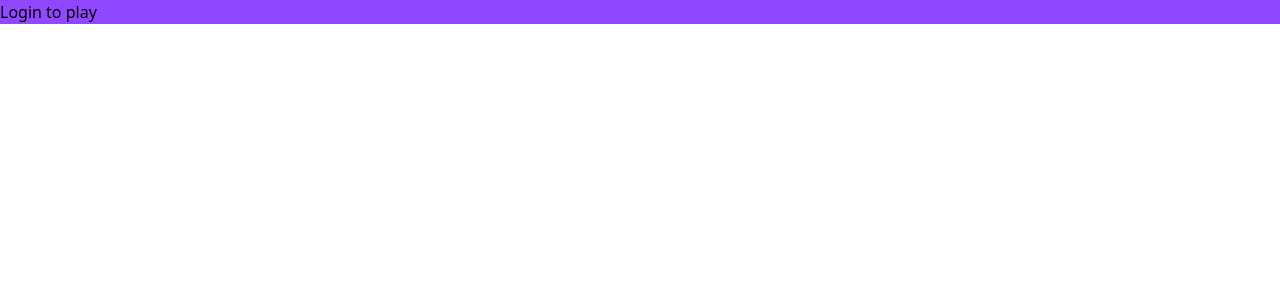
Repository: Teddy1705/demo_pj
Page: /
The author's editor kept a copy of each file at every save. The page is drawn from the files as they stood at one save, then again after the next save.
The browser window is 1280 px wide. The pictures show the whole page.
The project was rebuilt for these pictures with package versions that can differ from the ones it lists, and the page was loaded fresh each time. Also part of the build but not shown: vite.config.js.

Above is the page before, as saved 2024-04-27 00:17:50.

### index.html
<!DOCTYPE html>
<html lang="en">
  <head>
    <meta charset="UTF-8" />
    <link rel="icon" type="image/svg+xml" href="/vite.svg" />
    <meta name="viewport" content="width=device-width, initial-scale=1.0" />
    <title>Tic Tac Toe</title>
    <link rel="stylesheet" href="./src/index.css" />
    <link
      rel="stylesheet"
      href="./src/assets/themify-icons/themify-icons.css"
    />
  </head>
  <body>
    <div id="root"></div>
    <script type="module" src="/src/main.jsx"></script>
  </body>
</html>

### src/index.css
:root {
  --white-color: #fff;
  --black-color: #000;
}

/*
1. Prevent padding and border from affecting element width. (https://github.com/mozdevs/cssremedy/issues/4)
2. Allow adding a border to an element by just adding a border-width. (https://github.com/tailwindcss/tailwindcss/pull/116)
*/

*,
::before,
::after {
  box-sizing: border-box;
  /* 1 */
  border-width: 0;
  /* 2 */
  border-style: solid;
  /* 2 */
  border-color: #e5e7eb;
  /* 2 */
}

::before,
::after {
  --tw-content: "";
}

/*
1. Use a consistent sensible line-height in all browsers.
2. Prevent adjustments of font size after orientation changes in iOS.
3. Use a more readable tab size.
4. Use the user's configured `sans` font-family by default.
5. Use the user's configured `sans` font-feature-settings by default.
6. Use the user's configured `sans` font-variation-settings by default.
7. Disable tap highlights on iOS
*/

html,
:host {
  line-height: 1.5;
  /* 1 */
  -webkit-text-size-adjust: 100%;
  /* 2 */
  -moz-tab-size: 4;
  /* 3 */
  -o-tab-size: 4;
  tab-size: 4;
  /* 3 */
  font-family: ui-sans-serif, system-ui, sans-serif, "Apple Color Emoji",
    "Segoe UI Emoji", "Segoe UI Symbol", "Noto Color Emoji";
  /* 4 */
  font-feature-settings: normal;
  /* 5 */
  font-variation-settings: normal;
  /* 6 */
  -webkit-tap-highlight-color: transparent;
  /* 7 */
}

/*
1. Remove the margin in all browsers.
2. Inherit line-height from `html` so users can set them as a class directly on the `html` element.
*/

body {
  margin: 0;
  /* 1 */
  line-height: inherit;
  /* 2 */
}

/*
1. Add the correct height in Firefox.
2. Correct the inheritance of border color in Firefox. (https://bugzilla.mozilla.org/show_bug.cgi?id=190655)
3. Ensure horizontal rules are visible by default.
*/

hr {
  height: 0;
  /* 1 */
  color: inherit;
  /* 2 */
  border-top-width: 1px;
  /* 3 */
}

/*
Add the correct text decoration in Chrome, Edge, and Safari.
*/

abbr:where([title]) {
  -webkit-text-decoration: underline dotted;
  text-decoration: underline dotted;
}

/*
Remove the default font size and weight for headings.
*/

h1,
h2,
h3,
h4,
h5,
h6 {
  font-size: inherit;
  font-weight: inherit;
}

/*
Reset links to optimize for opt-in styling instead of opt-out.
*/

a {
  color: inherit;
  text-decoration: inherit;
}

/*
Add the correct font weight in Edge and Safari.
*/

b,
strong {
  font-weight: bolder;
}

/*
1. Use the user's configured `mono` font-family by default.
2. Use the user's configured `mono` font-feature-settings by default.
3. Use the user's configured `mono` font-variation-settings by default.
4. Correct the odd `em` font sizing in all browsers.
*/

code,
kbd,
samp,
pre {
  font-family: ui-monospace, SFMono-Regular, Menlo, Monaco, Consolas,
    "Liberation Mono", "Courier New", monospace;
  /* 1 */
  font-feature-settings: normal;
  /* 2 */
  font-variation-settings: normal;
  /* 3 */
  font-size: 1em;
  /* 4 */
}

/*
Add the correct font size in all browsers.
*/

small {
  font-size: 80%;
}

/*
Prevent `sub` and `sup` elements from affecting the line height in all browsers.
*/

sub,
sup {
  font-size: 75%;
  line-height: 0;
  position: relative;
  vertical-align: baseline;
}

sub {
  bottom: -0.25em;
}

sup {
  top: -0.5em;
}

/*
1. Remove text indentation from table contents in Chrome and Safari. (https://bugs.chromium.org/p/chromium/issues/detail?id=999088, https://bugs.webkit.org/show_bug.cgi?id=201297)
2. Correct table border color inheritance in all Chrome and Safari. (https://bugs.chromium.org/p/chromium/issues/detail?id=935729, https://bugs.webkit.org/show_bug.cgi?id=195016)
3. Remove gaps between table borders by default.
*/

table {
  text-indent: 0;
  /* 1 */
  border-color: inherit;
  /* 2 */
  border-collapse: collapse;
  /* 3 */
}

/*
1. Change the font styles in all browsers.
2. Remove the margin in Firefox and Safari.
3. Remove default padding in all browsers.
*/

button,
input,
optgroup,
select,
textarea {
  font-family: inherit;
  /* 1 */
  font-feature-settings: inherit;
  /* 1 */
  font-variation-settings: inherit;
  /* 1 */
  font-size: 100%;
  /* 1 */
  font-weight: inherit;
  /* 1 */
  line-height: inherit;
  /* 1 */
  letter-spacing: inherit;
  /* 1 */
  color: inherit;
  /* 1 */
  margin: 0;
  /* 2 */
  padding: 0;
  /* 3 */
}

/*
Remove the inheritance of text transform in Edge and Firefox.
*/

button,
select {
  text-transform: none;
}

/*
1. Correct the inability to style clickable types in iOS and Safari.
2. Remove default button styles.
*/

button,
input:where([type="button"]),
input:where([type="reset"]),
input:where([type="submit"]) {
  -webkit-appearance: button;
  /* 1 */
  background-color: transparent;
  /* 2 */
  background-image: none;
  /* 2 */
}

/*
Use the modern Firefox focus style for all focusable elements.
*/

:-moz-focusring {
  outline: auto;
}

/*
Remove the additional `:invalid` styles in Firefox. (https://github.com/mozilla/gecko-dev/blob/2f9eacd9d3d995c937b4251a5557d95d494c9be1/layout/style/res/forms.css#L728-L737)
*/

:-moz-ui-invalid {
  box-shadow: none;
}

/*
Add the correct vertical alignment in Chrome and Firefox.
*/

progress {
  vertical-align: baseline;
}

/*
Correct the cursor style of increment and decrement buttons in Safari.
*/

::-webkit-inner-spin-button,
::-webkit-outer-spin-button {
  height: auto;
}

/*
1. Correct the odd appearance in Chrome and Safari.
2. Correct the outline style in Safari.
*/

[type="search"] {
  -webkit-appearance: textfield;
  /* 1 */
  outline-offset: -2px;
  /* 2 */
}

/*
Remove the inner padding in Chrome and Safari on macOS.
*/

::-webkit-search-decoration {
  -webkit-appearance: none;
}

/*
1. Correct the inability to style clickable types in iOS and Safari.
2. Change font properties to `inherit` in Safari.
*/

::-webkit-file-upload-button {
  -webkit-appearance: button;
  /* 1 */
  font: inherit;
  /* 2 */
}

/*
Add the correct display in Chrome and Safari.
*/

summary {
  display: list-item;
}

/*
Removes the default spacing and border for appropriate elements.
*/

blockquote,
dl,
dd,
h1,
h2,
h3,
h4,
h5,
h6,
hr,
figure,
p,
pre {
  margin: 0;
}

fieldset {
  margin: 0;
  padding: 0;
}

legend {
  padding: 0;
}

ol,
ul,
menu {
  list-style: none;
  margin: 0;
  padding: 0;
}

/*
Reset default styling for dialogs.
*/

dialog {
  padding: 0;
}

/*
Prevent resizing textareas horizontally by default.
*/

textarea {
  resize: vertical;
}

/*
1. Reset the default placeholder opacity in Firefox. (https://github.com/tailwindlabs/tailwindcss/issues/3300)
2. Set the default placeholder color to the user's configured gray 400 color.
*/

input::-moz-placeholder,
textarea::-moz-placeholder {
  opacity: 1;
  /* 1 */
  color: #9ca3af;
  /* 2 */
}

input::placeholder,
textarea::placeholder {
  opacity: 1;
  /* 1 */
  color: #9ca3af;
  /* 2 */
}

/*
Set the default cursor for buttons.
*/

button,
[role="button"] {
  cursor: pointer;
}

/*
Make sure disabled buttons don't get the pointer cursor.
*/

:disabled {
  cursor: default;
}

/*
1. Make replaced elements `display: block` by default. (https://github.com/mozdevs/cssremedy/issues/14)
2. Add `vertical-align: middle` to align replaced elements more sensibly by default. (https://github.com/jensimmons/cssremedy/issues/14#issuecomment-634934210)
   This can trigger a poorly considered lint error in some tools but is included by design.
*/

img,
svg,
video,
canvas,
audio,
iframe,
embed,
object {
  display: block;
  /* 1 */
  vertical-align: middle;
  /* 2 */
}

/*
Constrain images and videos to the parent width and preserve their intrinsic aspect ratio. (https://github.com/mozdevs/cssremedy/issues/14)
*/

img,
video {
  max-width: 100%;
  height: auto;
}

/* Make elements with the HTML hidden attribute stay hidden by default */

[hidden] {
  display: none;
}

*,
::before,
::after {
  --tw-border-spacing-x: 0;
  --tw-border-spacing-y: 0;
  --tw-translate-x: 0;
  --tw-translate-y: 0;
  --tw-rotate: 0;
  --tw-skew-x: 0;
  --tw-skew-y: 0;
  --tw-scale-x: 1;
  --tw-scale-y: 1;
  --tw-pan-x: ;
  --tw-pan-y: ;
  --tw-pinch-zoom: ;
  --tw-scroll-snap-strictness: proximity;
  --tw-gradient-from-position: ;
  --tw-gradient-via-position: ;
  --tw-gradient-to-position: ;
  --tw-ordinal: ;
  --tw-slashed-zero: ;
  --tw-numeric-figure: ;
  --tw-numeric-spacing: ;
  --tw-numeric-fraction: ;
  --tw-ring-inset: ;
  --tw-ring-offset-width: 0px;
  --tw-ring-offset-color: #fff;
  --tw-ring-color: rgb(59 130 246 / 0.5);
  --tw-ring-offset-shadow: 0 0 #0000;
  --tw-ring-shadow: 0 0 #0000;
  --tw-shadow: 0 0 #0000;
  --tw-shadow-colored: 0 0 #0000;
  --tw-blur: ;
  --tw-brightness: ;
  --tw-contrast: ;
  --tw-grayscale: ;
  --tw-hue-rotate: ;
  --tw-invert: ;
  --tw-saturate: ;
  --tw-sepia: ;
  --tw-drop-shadow: ;
  --tw-backdrop-blur: ;
  --tw-backdrop-brightness: ;
  --tw-backdrop-contrast: ;
  --tw-backdrop-grayscale: ;
  --tw-backdrop-hue-rotate: ;
  --tw-backdrop-invert: ;
  --tw-backdrop-opacity: ;
  --tw-backdrop-saturate: ;
  --tw-backdrop-sepia: ;
  --tw-contain-size: ;
  --tw-contain-layout: ;
  --tw-contain-paint: ;
  --tw-contain-style: ;
}

::backdrop {
  --tw-border-spacing-x: 0;
  --tw-border-spacing-y: 0;
  --tw-translate-x: 0;
  --tw-translate-y: 0;
  --tw-rotate: 0;
  --tw-skew-x: 0;
  --tw-skew-y: 0;
  --tw-scale-x: 1;
  --tw-scale-y: 1;
  --tw-pan-x: ;
  --tw-pan-y: ;
  --tw-pinch-zoom: ;
  --tw-scroll-snap-strictness: proximity;
  --tw-gradient-from-position: ;
  --tw-gradient-via-position: ;
  --tw-gradient-to-position: ;
  --tw-ordinal: ;
  --tw-slashed-zero: ;
  --tw-numeric-figure: ;
  --tw-numeric-spacing: ;
  --tw-numeric-fraction: ;
  --tw-ring-inset: ;
  --tw-ring-offset-width: 0px;
  --tw-ring-offset-color: #fff;
  --tw-ring-color: rgb(59 130 246 / 0.5);
  --tw-ring-offset-shadow: 0 0 #0000;
  --tw-ring-shadow: 0 0 #0000;
  --tw-shadow: 0 0 #0000;
  --tw-shadow-colored: 0 0 #0000;
  --tw-blur: ;
  --tw-brightness: ;
  --tw-contrast: ;
  --tw-grayscale: ;
  --tw-hue-rotate: ;
  --tw-invert: ;
  --tw-saturate: ;
  --tw-sepia: ;
  --tw-drop-shadow: ;
  --tw-backdrop-blur: ;
  --tw-backdrop-brightness: ;
  --tw-backdrop-contrast: ;
  --tw-backdrop-grayscale: ;
  --tw-backdrop-hue-rotate: ;
  --tw-backdrop-invert: ;
  --tw-backdrop-opacity: ;
  --tw-backdrop-saturate: ;
  --tw-backdrop-sepia: ;
  --tw-contain-size: ;
  --tw-contain-layout: ;
  --tw-contain-paint: ;
  --tw-contain-style: ;
}

.login-interface {
  background-color: #9147ff;
  min-width: 50px;
}

.login-btn {
}

#modal {
  position: fixed;
  top: 0;
  right: 0;
  bottom: 0;
  left: 0;
  display: flex;
  align-items: center;
  justify-content: center;
  display: none;
}

#modal .modal__overlay {
  position: absolute;
  width: 100%;
  height: 100%;
  background-color: rgba(0, 0, 0, 0.3);
}

#modal .modal__body {
  position: relative;
  background-color: var(--white-color);
  margin: auto;
  width: 500px;
  min-height: 300px;
  padding: 16px;
  border-radius: 3px;
}

.auth-form__heading {
  font-size: 25px;
  font-weight: 700;
  text-align: center;
  margin: 20px 0;
}

.auth-form__close {
  position: absolute;
  top: 0;
  right: 0;
  font-size: 14px;
  padding: 18px 16px;
}

.auth-form__close:hover {
  background-color: #ccc;
  cursor: pointer;
}

.auth-form__info {
}

.auth-form__info-details {
}

.auth-form__label {
  display: block;
  font-size: 15px;
  font-weight: 500;
}

.auth-form__info-input {
  border: 1px solid #ccc;
  width: 100%;
  font-size: 15px;
  padding: 5px;
  margin: 5px 0 8px;
}

.auth-form__help {
  font-size: 13px;
  font-weight: 400;
  color: #9147ff;
  margin-bottom: 22px;
}

.auth-form__btn {
  width: 100%;
  background-color: #9147ff;
  color: #fff;
  font-size: 15px;
  font-weight: 500;
  padding: 5px;
  border-radius: 4px;
  margin-bottom: 50px;
}

### src/main.jsx
import React from "react";
import ReactDOM from "react-dom/client";
import App from "./App.jsx";
import { createBrowserRouter, RouterProvider } from "react-router-dom";
import Root from "./routes/root";
import "./index.css";

const router = createBrowserRouter([
  {
    path: "/",
    element: <Root />,
  },
]);

ReactDOM.createRoot(document.getElementById("root")).render(
  <React.StrictMode>
    <RouterProvider router={router} />
    <App />
  </React.StrictMode>
);

### src/routes/root.jsx
export default function Root() {
  return (
    <>
      <div className="login-interface">
        <button className="login-btn">Login to play</button>
      </div>
      <div id="modal">
        <div className="modal__overlay"></div>
        <div className="modal__body">
          <h1 className="auth-form__heading">Login</h1>
          <div className="auth-form__close">
            <i className="ti-close"></i>
          </div>
          <div className="auth-form__info">
            <div className="auth-form__info-details">
              <label htmlFor="" className="auth-form__label">
                Tên đăng nhập
              </label>
              <input
                type="text"
                className="auth-form__info-input"
                placeholder="Email/Số điện thoại"
              />
            </div>
            <div className="auth-form__info-details">
              <label htmlFor="" className="auth-form__label">
                Mật khẩu
              </label>
              <input
                type="password"
                className="auth-form__info-input"
                placeholder="Mật khẩu"
              />
            </div>
          </div>
          <div className="auth-form__help">Quên mật khẩu ?</div>
          <button className="auth-form__btn">
            <a
              href={`https://codesandbox.io/s/q2z497?file=%2Fsrc%2FApp.js&utm_medium=sandpack`}
              className=""
            >
              Đăng nhập
            </a>
          </button>
        </div>
      </div>
      <div id="detail"></div>
    </>
  );
}

Loaded but not shown: src/assets/themify-icons/themify-icons.css (common file); src/App.jsx (common file)

After the next save:
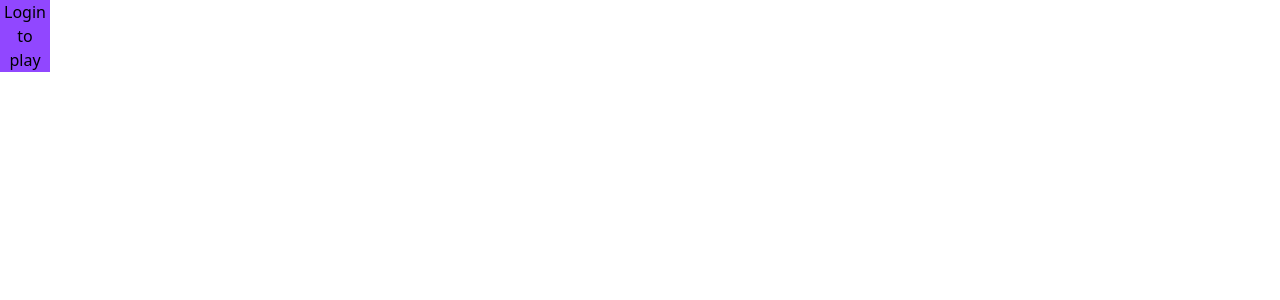
Saved 13 s later.
--- a/src/index.css
+++ b/src/index.css
@@ -562,7 +562,7 @@ video {
 
 .login-interface {
   background-color: #9147ff;
-  min-width: 50px;
+  width: 50px;
 }
 
 .login-btn {
